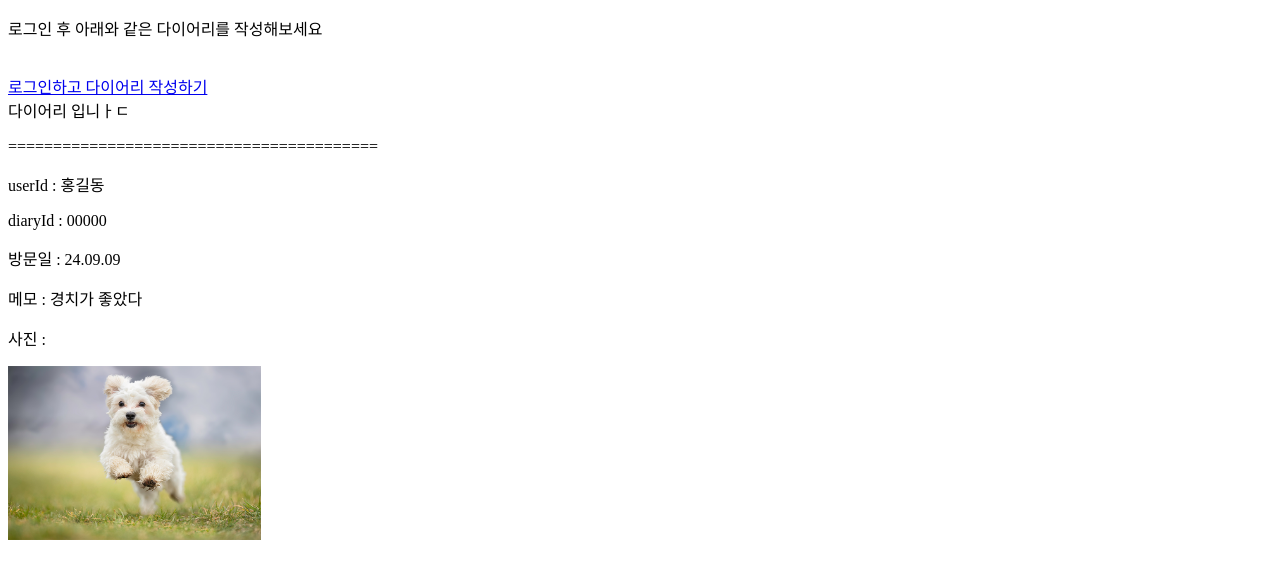
Repository: ezooo/testpj
Page: http://localhost/howwwAbout/WEB-INF/views/diary_beforeLogin.jsp
The author's editor kept a copy of each file at every save. The page is drawn from the files as they stood at one save, then again after the next save.
The browser window is 1280 px wide. The pictures show the whole page.
The page is served by Tomcat 9. Nobody is signed in. The template is opened directly, without the code that normally fills it, so the values that code supplies are empty.

Above is the page before, as saved 2024-12-04 00:45:53.

After the next save:
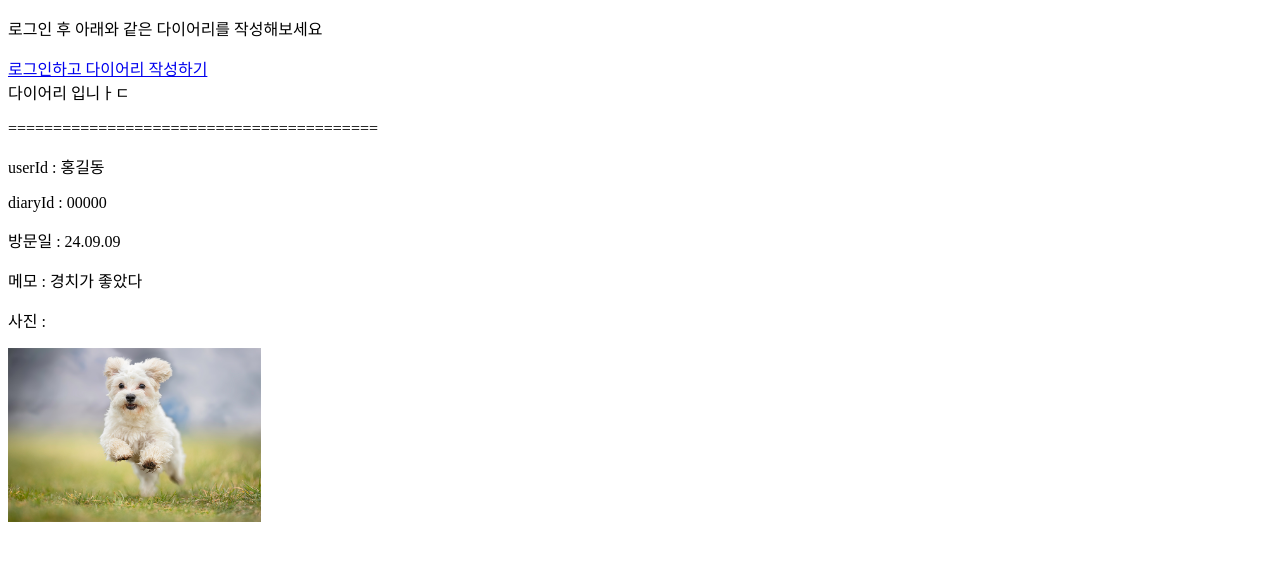
Saved 19 s later.
--- a/howwwAbout/src/main/webapp/WEB-INF/views/diary_beforeLogin.jsp
+++ b/howwwAbout/src/main/webapp/WEB-INF/views/diary_beforeLogin.jsp
@@ -7,7 +7,7 @@
 <title>로그인 안한 상태 다이어리</title>
 </head>
 <body>
-<p> 로그인 후 아래와 같은 다이어리를 작성해보세요 </p> <br>
+<p> 로그인 후 아래와 같은 다이어리를 작성해보세요 </p>
 <a href="login">로그인하고 다이어리 작성하기</a> <br>
 다이어리 입니ㅏㄷ
 	<p>========================================= </p>
